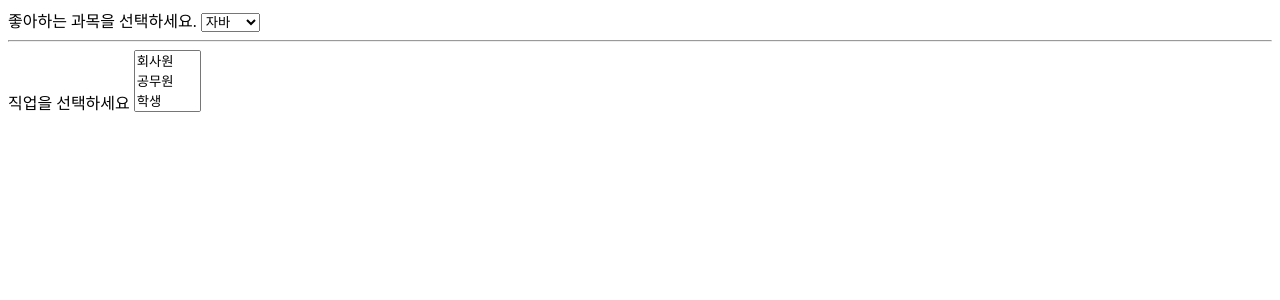
Repository: Jin0207/html_css
Page: day1130/src/main/webapp/selectTest.html
The author's editor kept a copy of each file at every save. The page is drawn from the files as they stood at one save, then again after the next save.
The browser window is 1280 px wide. The pictures show the whole page.

Above is the page before, as saved 2021-11-30 05:12:23.

### day1130/src/main/webapp/selectTest.html
<!DOCTYPE html>
<html>
<head>
<meta charset="EUC-KR">
<title>Insert title here</title>
</head>
<body>
	<form action="selectTestOK.jsp" method="post">
		좋아하는 과목을 선택하세요.
		<select name = "subject">
			<option value="자바">자바</option>
			<option value="html">html</option>
			<option value="css">css</option>
			<option value="오라클">오라클</option>
			<option value="jsp">jsp</option>
		</select>
		<hr>
		직업을 선택하세요
		<select name="job" size="3">
			<option vakue="회사원">회사원</option>
			<option vakue="공무원">공무원</option>
			<option vakue="학생">학생</option>
			<option vakue="취업준비생">취업준비생</option>
			<option vakue="주부">주부</option>
		</select>
	</form>
</body>
</html>

After the next save:
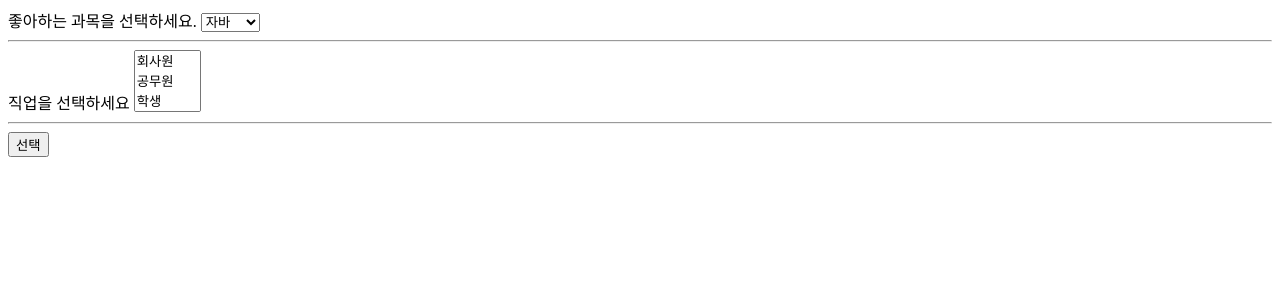
Saved 76 s later.
--- a/day1130/src/main/webapp/selectTest.html
+++ b/day1130/src/main/webapp/selectTest.html
@@ -23,6 +23,8 @@
 			<option vakue="취업준비생">취업준비생</option>
 			<option vakue="주부">주부</option>
 		</select>
+		<hr>
+		<input type="submit" value="선택">
 	</form>
 </body>
 </html>
